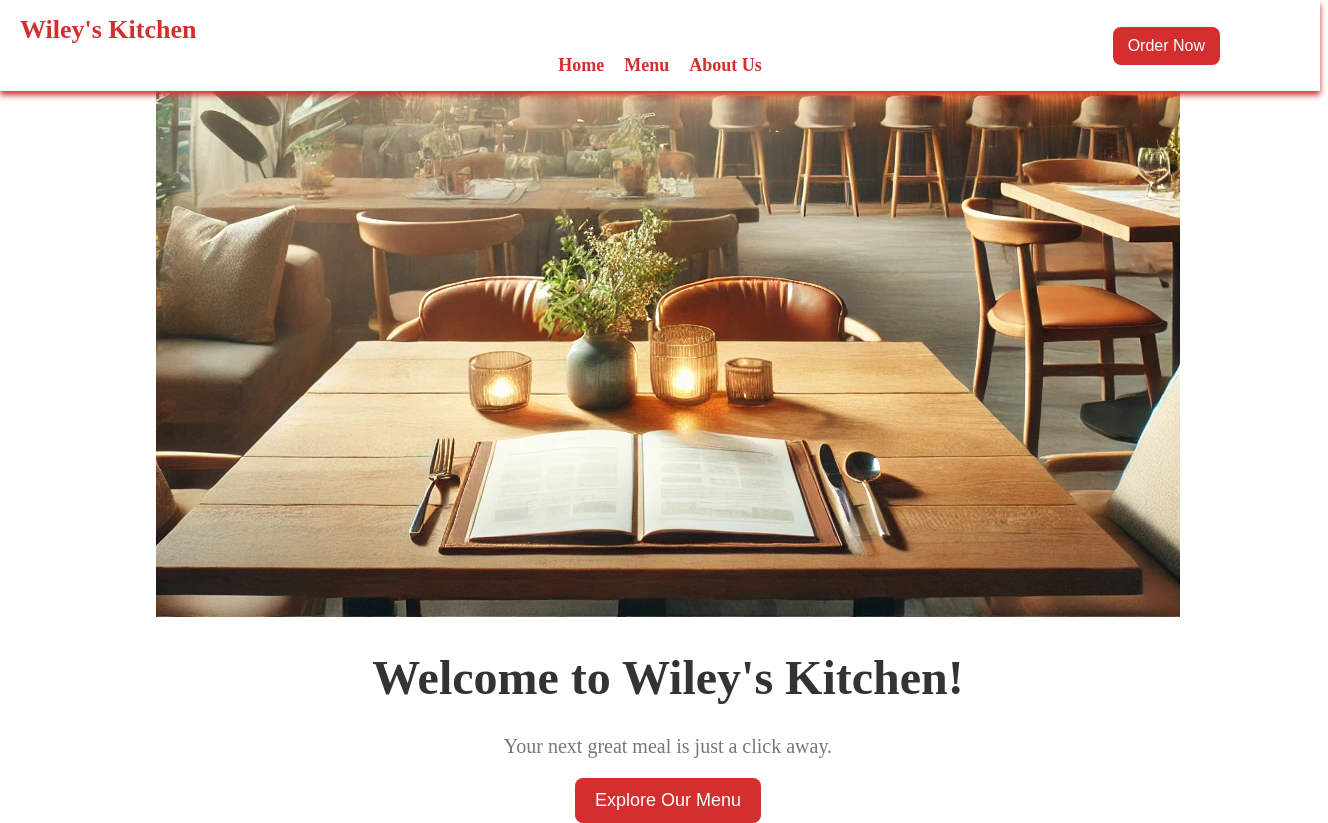
Repository: KalebMalone/Resturant
Page: / (app in my-app/)
The author's editor kept a copy of each file at every save. The page is drawn from the files as they stood at one save, then again after the next save.
The browser window is 1280 px wide. The page is 1328 px wide, so the pictures cover 1328 px, including what lies to the right of the window. The pictures show the whole page.
The project was rebuilt for these pictures with package versions that can differ from the ones it lists, and the page was loaded fresh each time. Also part of the build but not shown: my-app/vite.config.js, my-app/src/index.css, my-app/src/components/Menu.jsx, my-app/src/pages/AboutUs.jsx, my-app/src/components/OrderPage.jsx.

Above is the page before, as saved 2025-03-16 17:47:11.

### my-app/src/App.jsx
// src/App.js
import React from 'react';
import { BrowserRouter as Router, Routes, Route } from 'react-router-dom';
import NavBar from './components/NavBar';
import Home from './pages/Home';
import Menu from './components/Menu';
import AboutUs from './pages/AboutUs';
import OrderPage from './components/OrderPage';

function App() {
  return (
    <Router>
      <NavBar />
      <Routes>
        <Route path="/" element={<Home />} />
        <Route path="/menu" element={<Menu />} />
        <Route path="/about" element={<AboutUs />} />
        <Route path="/order" element={<OrderPage />} />
      </Routes>
    </Router>
  );
}

export default App;

### my-app/src/components/NavBar.jsx
import { Link, useNavigate } from "react-router-dom";
import styled from "styled-components";

// Styling for the Header (Navbar container)
const Header = styled.header`
  position: fixed;
  top: 0;
  left: 0;
  width: 100%;
  background-color: rgb(255, 255, 255);
  padding: 15px 20px;
  box-shadow: 0 4px 6px #d32f2f;
  z-index: 1000;
`;

// Title of the Navbar, clickable to navigate to Home
const Title = styled.h1`
  font-size: 26px;
  font-weight: bold;
  color: #d32f2f;
  margin: 0;
  padding: 0;
  cursor: pointer;
  &:hover {
    color: #b71c1c;
  }
`;

// Navigation container for the links
const Navigation = styled.nav`
  display: flex;
  gap: 20px;
  justify-content: center;
  margin-top: 10px;
`;

// Styling for individual navigation links
const StyledNavLink = styled(Link)`
  text-decoration: none;
  color: #d32f2f;
  font-weight: bold;
  font-size: 18px;
  &:hover {
    color: #b71c1c;
  }
`;

// Styling for the Order Now button
const OrderButton = styled.button`
  background: #d32f2f;
  color: white;
  border: none;
  padding: 10px 15px;
  border-radius: 8px;
  cursor: pointer;
  font-size: 16px;
  position: absolute;
  right: 100px;
  top: 50%;
  transform: translateY(-50%);
  &:hover {
    background: #b71c1c;
  }
`;

function NavBar() {
    const navigate = useNavigate();  // Hook to programmatically navigate

    const handleOrderNow = () => {
        navigate("/order");  // Navigates to the OrderPage
    };

    return (
        <Header>
            <Link to="/" style={{ textDecoration: 'none' }}>
                <Title>Wiley's Kitchen</Title>
            </Link>
            <Navigation>
                <StyledNavLink to="/">Home</StyledNavLink>
                <StyledNavLink to="/menu">Menu</StyledNavLink>
                <StyledNavLink to="/about">About Us</StyledNavLink>
            </Navigation>

            {/* Order Now Button */}
            <OrderButton onClick={handleOrderNow}>Order Now</OrderButton>
        </Header>
    );
}

export default NavBar;

### my-app/src/pages/Home.jsx
import React from 'react';
import { useNavigate } from 'react-router-dom';
import styled from 'styled-components';

const Container = styled.div`
  background-color: #fff;
  display: flex;
  flex-direction: column;
  align-items: center;
  justify-content: center;
  height: 50vh;
  width: 100vw;
  text-align: center;
  padding: 20px;
  margin: 0;
`;

const Heading = styled.h1`
  font-size: 48px;
  color: #333;
  margin-bottom: 10px;
`;

const SubHeading = styled.p`
  font-size: 20px;
  color: #777;
  margin-bottom: 20px;
`;

const Button = styled.button`
  background-color: #d32f2f;
  color: white;
  font-size: 18px;
  padding: 12px 20px;
  border: none;
  border-radius: 8px;
  cursor: pointer;
  &:hover {
    background-color: #b71c1c;
  }
`;

const Image = styled.img`
  width: 100%;
  max-width: 500px;
  border-radius: 10px;
  margin-bottom: 20px;
`;

function Home() {
    const navigate = useNavigate(); // Initialize the navigation hook

    const goToMenu = () => {
        navigate("/menu"); // Navigate to the menu page when button is clicked
    };

    return (
        <Container>
            <img alt="Restaurant" src="/images/restaurant.jpg" />
            <Heading>Welcome to Wiley's Kitchen!</Heading>
            <SubHeading>Your next great meal is just a click away.</SubHeading>
            <Button onClick={goToMenu}>Explore Our Menu</Button>
        </Container>
    );
}

export default Home;

Loaded but not shown: my-app/index.html (common file); my-app/src/main.jsx (common file)

After the next save:
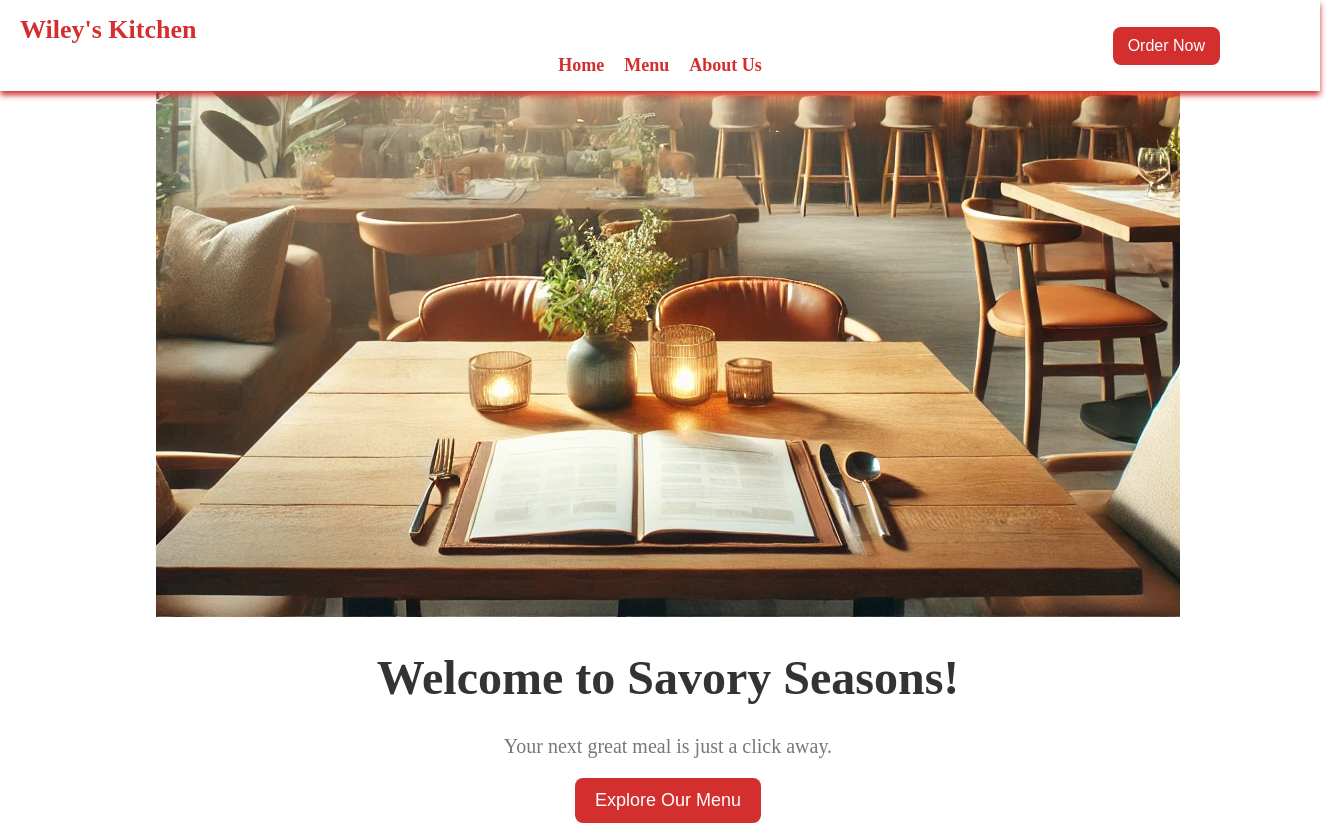
Saved 59 s later.
--- a/my-app/src/pages/Home.jsx
+++ b/my-app/src/pages/Home.jsx
@@ -57,7 +57,7 @@ function Home() {
     return (
         <Container>
             <img alt="Restaurant" src="/images/restaurant.jpg" />
-            <Heading>Welcome to Wiley's Kitchen!</Heading>
+            <Heading>Welcome to Savory Seasons!</Heading>
             <SubHeading>Your next great meal is just a click away.</SubHeading>
             <Button onClick={goToMenu}>Explore Our Menu</Button>
         </Container>
